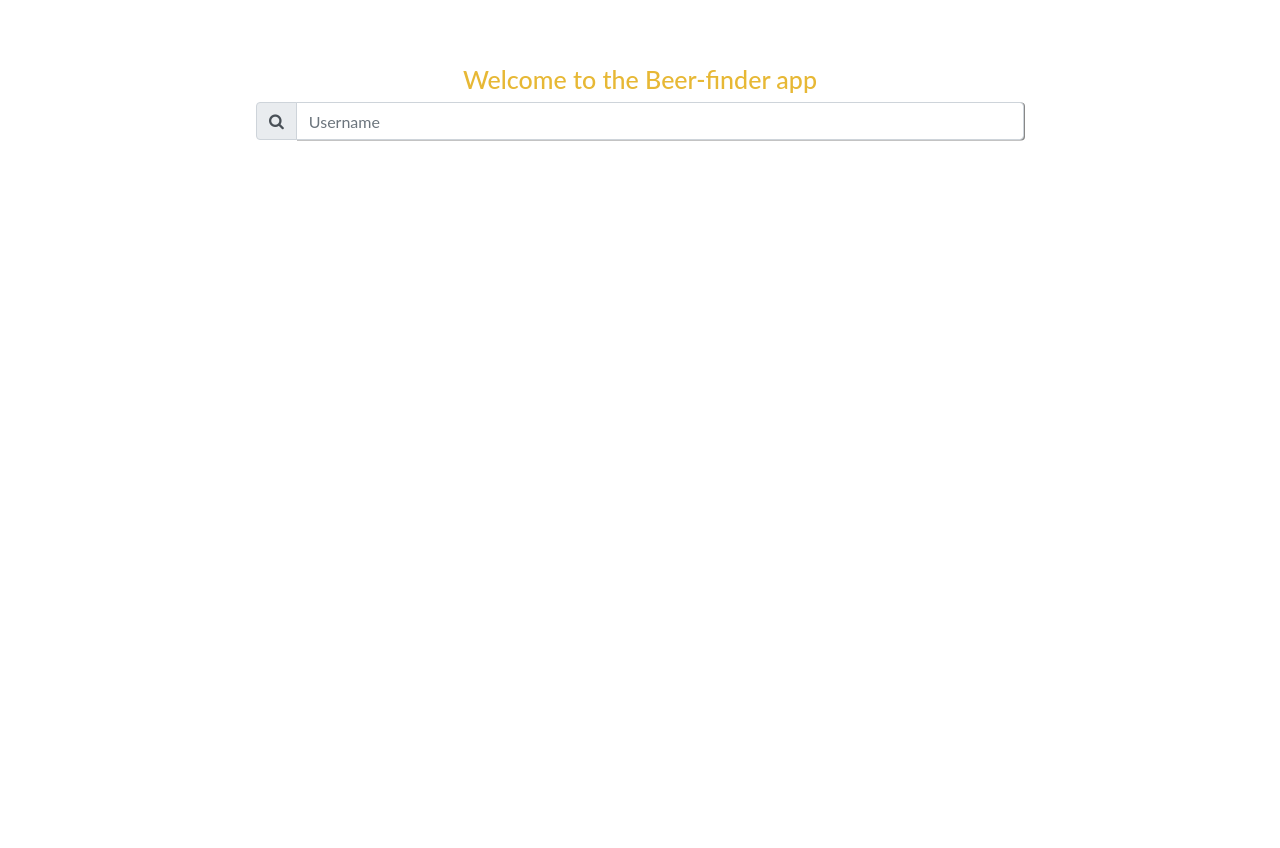
Repository: marcinszymaszek/beer-finder
Page: /
An editor plug-in stored every save of this project. The page is shown before and after the next save, followed by the edit.
The browser window is 1280 px wide. The pictures show the whole page.
The project was rebuilt for these pictures with package versions that can differ from the ones it lists, and the page was loaded fresh each time.

Above is the page before, as saved 2020-05-24 17:12:40.

### public/index.html
<!DOCTYPE html>
<html lang="en">
  <head>
    <meta charset="utf-8" />
    <link rel="icon" href="%PUBLIC_URL%/favicon.ico" />
    <link rel="stylesheet" href="https://stackpath.bootstrapcdn.com/font-awesome/4.7.0/css/font-awesome.min.css">
    <meta name="viewport" content="width=device-width, initial-scale=1" />
    <meta name="theme-color" content="#000000" />
    <meta
      name="description"
      content="Web site created using create-react-app"
    />
    <link rel="apple-touch-icon" href="%PUBLIC_URL%/logo192.png" />
    <!--
      manifest.json provides metadata used when your web app is installed on a
      user's mobile device or desktop. See https://developers.google.com/web/fundamentals/web-app-manifest/
    -->
    <link rel="manifest" href="%PUBLIC_URL%/manifest.json" />
    <!--
      Notice the use of %PUBLIC_URL% in the tags above.
      It will be replaced with the URL of the `public` folder during the build.
      Only files inside the `public` folder can be referenced from the HTML.

      Unlike "/favicon.ico" or "favicon.ico", "%PUBLIC_URL%/favicon.ico" will
      work correctly both with client-side routing and a non-root public URL.
      Learn how to configure a non-root public URL by running `npm run build`.
    -->
    <title>Beer-finder App</title>
  </head>
  <body>
    <noscript>You need to enable JavaScript to run this app.</noscript>
    <div id="root"></div>
    <!--
      This HTML file is a template.
      If you open it directly in the browser, you will see an empty page.

      You can add webfonts, meta tags, or analytics to this file.
      The build step will place the bundled scripts into the <body> tag.

      To begin the development, run `npm start` or `yarn start`.
      To create a production bundle, use `npm run build` or `yarn build`.
    -->
  </body>
</html>

### src/index.js
import React from 'react';
import ReactDOM from 'react-dom';
import './index.css';
import App from './components/main/App';
import * as serviceWorker from './serviceWorker';
import 'bootstrap/dist/css/bootstrap.min.css';

ReactDOM.render(
  <React.StrictMode>
    <App />
  </React.StrictMode>,
  document.getElementById('root')
);

// If you want your app to work offline and load faster, you can change
// unregister() to register() below. Note this comes with some pitfalls.
// Learn more about service workers: https://bit.ly/CRA-PWA
serviceWorker.unregister();

### src/components/main/App.js
import React from 'react';
import './App.css';
import Search from '../search/Search'


const App = () => {

  return (
    <div className="main-container">
      <Search />
    </div>
  );
}

export default App;

### src/components/main/App.css
.main-container {
  font-family: Lato, sans-serif;
  font-size: 1.5em;
  height: 100vh;
  line-height: 20px;
  font-size: 1.3rem;
  text-align: center;
  margin: 5% 20%;
}

.app-title{
  line-height: normal;
}

@media (max-width: 790px)  {
  .main-container  {
    font-size: 1.2em;
  }
}

@media (max-width: 580px)  {
  .main-container  {
    height: auto;
    margin-bottom: 20%;
    margin-left: 15%;
    margin-right: 15%;
  }
}

### src/components/search/Search.js
import React, { useState } from 'react';
import './Search.css';
import axios from 'axios';
import Pagination from '../pagination/Pagination';
import Beers from '../beers/Beers';
import Form from '../form/Form';
import Loader from '../../loader.gif';

const Search = () => {

    const [query, setQuery] = useState('');
    const [beers, setBeers] = useState([]);
    const [loading, setLoading] = useState(false);
    const [message, setMessage] = useState('');

    const [currentPage, setCurrentPage] = useState(1);
    const [beersPerPage, setBeersPerPage] = useState(10);


    const fetchSearchBeers = (updatedPageNo = '', query) => {
        let cancel = "";
        const pageNumber = updatedPageNo ? `&per_page=${updatedPageNo}` : '';
        const searchUrl = `https://api.punkapi.com/v2/beers?beer_name=${query}${pageNumber}`;
        if (cancel) {
            cancel.cancel();
        }
        cancel = axios.CancelToken.source();
        axios.get(searchUrl, {
            cancelToken: cancel.token
        })
            .then((res) => {
                const resultNotFoundMsg = !res.data.length
                    ? 'There are no more search beers. Please try a new search..'
                    : '';
                setMessage(resultNotFoundMsg);
                setLoading(false);
                setBeers(res.data);
            })
            .catch((error) => {
                if (axios.isCancel(error) || error) {
                    setLoading(false);
                    setMessage('Failed to fetch beers.Please check network..');
                }
            });
    };


    const handleOnInputChange = (event) => {
        const query = event.target.value;
        if (!query) {
            setBeers([]);
            setMessage("");
        } else {
            setQuery(query);
            setLoading(true);
            setMessage("");
            fetchSearchBeers(80, query);
        }
    };

    // Get current beers
    const indexOfLastBeer = currentPage * beersPerPage;
    const indexOfFirstBeer = indexOfLastBeer - beersPerPage;
    const currentBeers = beers.slice(indexOfFirstBeer, indexOfLastBeer);

    //Change page
    const paginate = pageNumber => setCurrentPage(pageNumber);


    return (
        <>
            <div className="inline-container">
                <h1 className="app-title">Welcome to the Beer-finder app</h1>
                {/* <label className="search-label" htmlFor="search-input">
                    <input
                        id="search-input"
                        type="text"
                        placeholder="Beer name"
                        value={query}
                        onChange={event => handleOnInputChange(event)}
                    />
                    <i className="fa fa-search search-icon" />
                </label> */}


                <Form />
            </div>
            <Beers currentBeers={currentBeers}/>
            <Pagination beersPerPage={beersPerPage}
                totalBeers={beers.length}
                paginate={paginate}
            />
            {/*Error Message*/}
            {message && <p className="message">{message}</p>}

            {/*Loader*/}
            <img src={Loader} className={`search-loading ${loading ? 'show' : 'hide'}`} alt="loader" />

        </>
    )
}

export default Search;

### src/components/search/Search.css
.inline-container {
    flex-flow: wrap;
    align-content: center;
    align-items: stretch;
    justify-content: space-around;
}

.image-container{
    display: inline-flex;
    flex-wrap: wrap;
    margin: 50px 0px;
}

.image-container div {
        width: 200px;
        margin: 10px;
        text-align: center;
      }


h1{
    color: #e7b835;
  }

input {
    width: 40%;
    margin: 10px;
    padding: 18px 10px;
    border-radius: 4px;
    border: 1px solid #4e5766;
    box-shadow: 1px 0.5px #888888;
    font-size: 18px;
}

.search-label {
	position: relative;
}

.search-icon {
	position: absolute;
	top: 3px;
	font-size: 24px;
	color: #555;
	right: 18px;
}

    button {
        padding: 12px 10px;
        width: 15%;
        border-radius: 4px;
        background-color: #e7b835;
        cursor: pointer;
        font-size: 18px;
        font-weight: 600;
    }

    button:hover {
        background-color: #e7bf50;
    }


    .beer-img {
        width: auto;
        height: 200px;
    }

    /*Texts*/
    .app-title {
        font-size: 25px;
    }

h2{
    font-size: 18px;
}

/*Loader*/
.search-loading {
    position: absolute;
	left: 0;
	right: 0;
	margin: auto;
}

/*Show and hide*/
.show {
	display: inline-block;
}.hide {
	display: none;
}


@media (max-width: 790px)  {

    button {
        width: 40%;
    }

    input {
        width: 80%;
    }

    .inline-container {
        justify-content: space-evenly;
    }
}

@media (max-width: 580px)  {
    input {
        width: 100%;
        margin: 20px 0px;
        padding: 18px 10px;
    }

    button {
        width: 100%;
    }

    .image-container div{
        width: 100%;
    }

  }

### src/components/pagination/Pagination.js
import React from "react";


const Pagination = ({ beersPerPage, totalBeers, paginate }) => {
    const beerNumbers = [];

    for (let i = 1; i <= Math.ceil(totalBeers / beersPerPage); i++) {
        beerNumbers.push(i);
    }

    return (
        <nav>
            <ul className="pagination">
                {beerNumbers.map(number => (
                    <li key={number} className="page-item">
                        <a  href="!#" className="page-link">
                            {number}
                        </a>
                    </li>
                ))}
            </ul>
        </nav>
    )
}


export default Pagination;

### src/components/beers/Beers.js
import React from "react";


const Beers = ({ currentBeers }) => {

    const renderSearchBeers = () => {
        if (Object.keys(currentBeers).length && currentBeers.length) {
            return (
                <div className="image-container">
                    {currentBeers.map((beer) => {
                        return (
                            <div key={beer.id}>
                                <img className="beer-img" src={beer.image_url} alt={beer.name} />
                                <h2>{beer.name}</h2>
                            </div>
                        );
                    })}
                </div>
            );
        }
    };


    return (
        <>
            {renderSearchBeers()}
        </>
    )
}


export default Beers;

### src/components/form/Form.js
import React from "react";


const Form = ({ }) => {


    return (

        <div className="input-group">
        <div className="input-group-prepend">
          <span className="input-group-text" id="basic-addon">
            <i className="fa fa-search prefix"></i>
          </span>
        </div>
        <input type="text" className="form-control" placeholder="Username" aria-label="Username" aria-describedby="basic-addon" />
      </div>

    );

};

export default Form;

Loaded but not shown: src/index.css (common file); src/serviceWorker.js (common file)

After the next save:
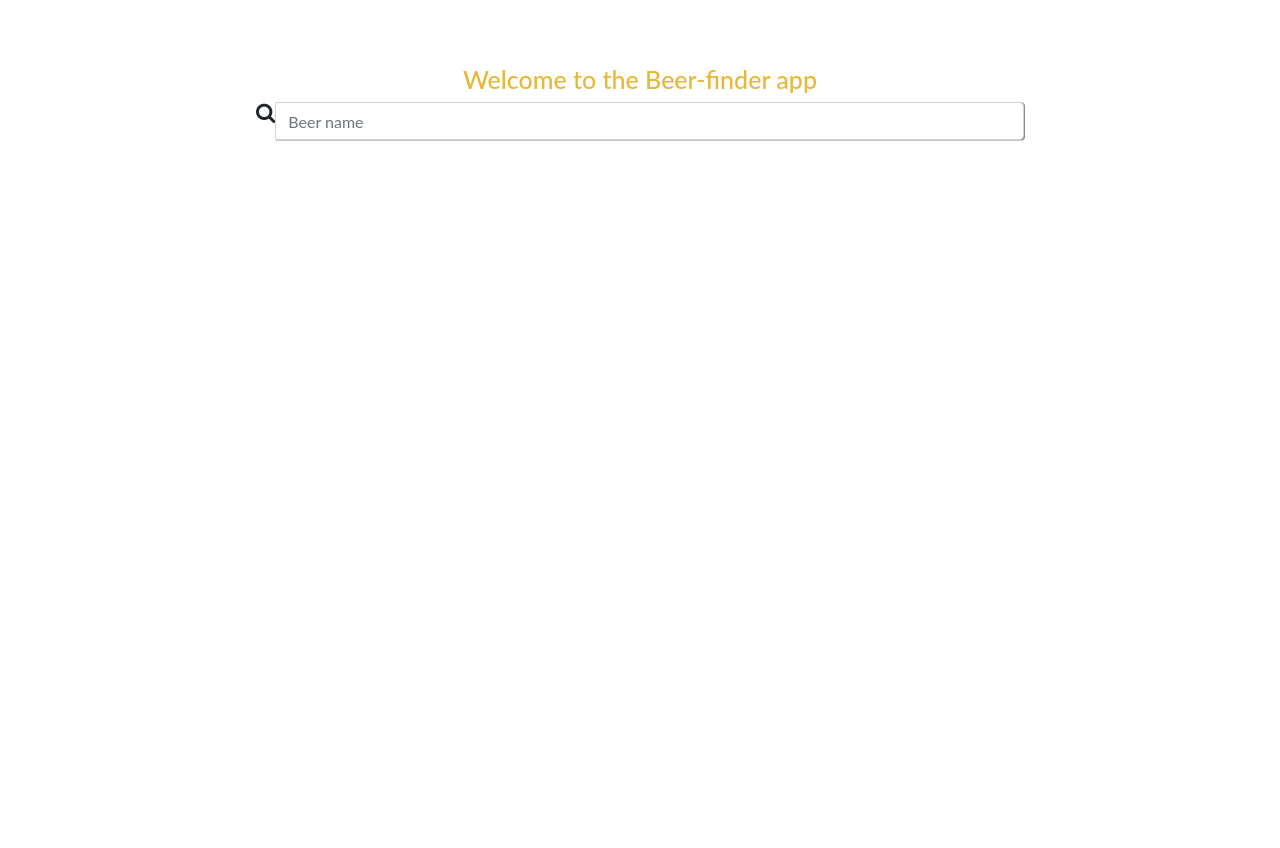
Saved 90 s later.
--- a/src/components/form/Form.js
+++ b/src/components/form/Form.js
@@ -7,12 +7,10 @@ const Form = ({ }) => {
     return (
 
         <div className="input-group">
-        <div className="input-group-prepend">
-          <span className="input-group-text" id="basic-addon">
+          <span>
             <i className="fa fa-search prefix"></i>
           </span>
-        </div>
-        <input type="text" className="form-control" placeholder="Username" aria-label="Username" aria-describedby="basic-addon" />
+        <input type="text" className="form-control" placeholder="Beer name" />
       </div>
 
     );
